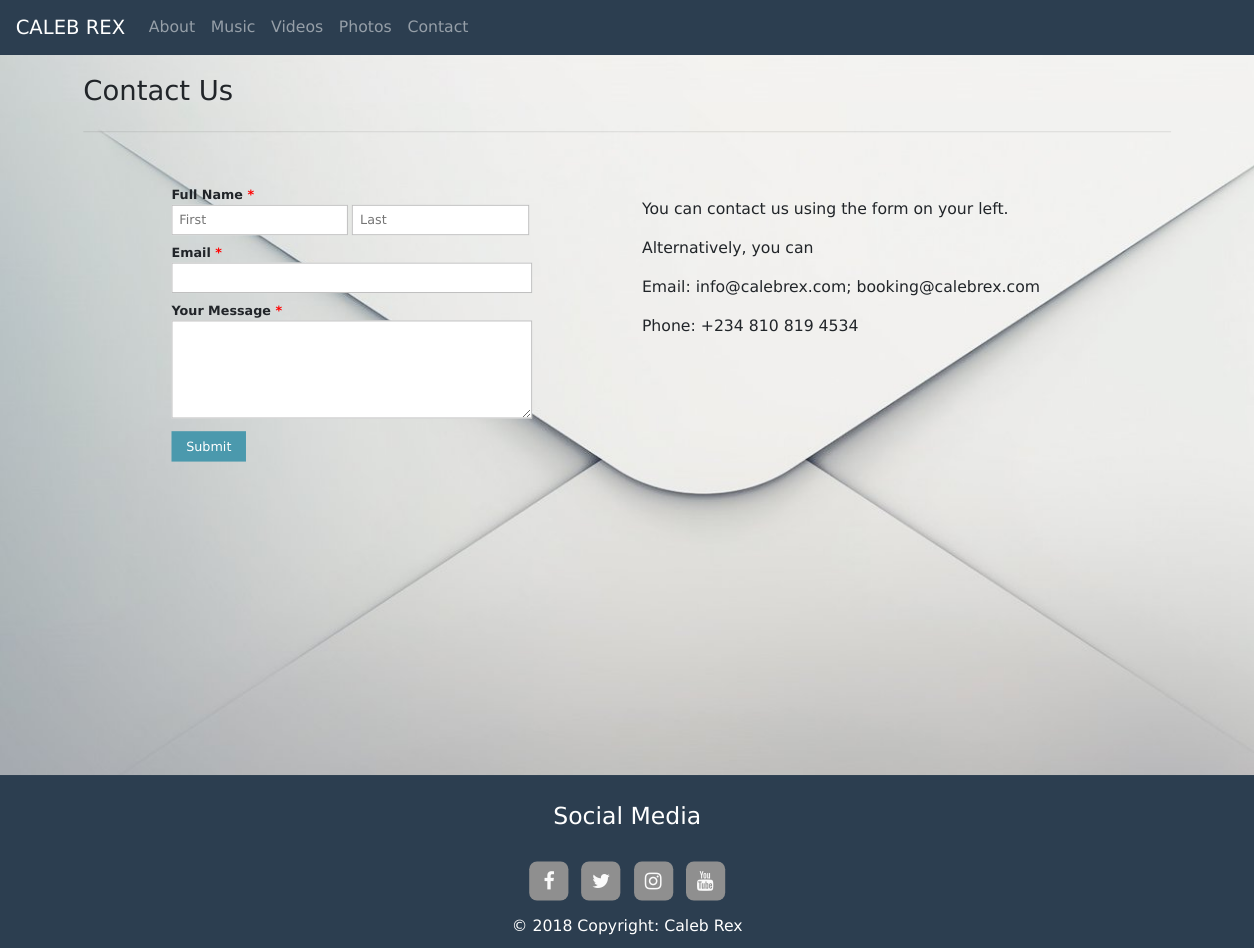
Repository: IchaTreasure/caleb-rex
Page: contact.html
The author's editor kept a record of every edit. The page is drawn from the files as they stood at one moment, then again after the next edit.
The browser window is 1280 px wide. The pictures show the whole page, at 98% of full size.
Some web libraries are served in a nearby version.

Above is the page before.

### contact.html
<!DOCTYPE html>
<html lang="en">

<head>
    <meta charset="UTF-8">
    <meta name="viewport" content="width=device-width, initial-scale=1.0">
    <meta http-equiv="X-UA-Compatible" content="ie=edge">
    <link rel="stylesheet" href="https://maxcdn.bootstrapcdn.com/bootstrap/4.1.3/css/bootstrap.min.css">
    <link rel="stylesheet" href="https://use.fontawesome.com/releases/v5.6.1/css/all.css" integrity="sha384-gfdkjb5BdAXd+lj+gudLWI+BXq4IuLW5IT+brZEZsLFm++aCMlF1V92rMkPaX4PP" crossorigin="anonymous">
    <link rel="stylesheet" href="https://stackpath.bootstrapcdn.com/bootstrap/4.3.1/css/bootstrap.min.css" type="text/css" />
    <link rel="stylesheet" href="https://stackpath.bootstrapcdn.com/font-awesome/4.7.0/css/font-awesome.min.css" type="text/css" />
    <link rel="stylesheet" href="https://cdnjs.cloudflare.com/ajax/libs/hover.css/2.3.1/css/hover-min.css" type="text/css" />
    <link href="https://fonts.googleapis.com/css?family=Roboto:400,700" rel="stylesheet">
    <link rel="stylesheet" href="css/style.css" type="text/css" />
    <title>Caleb Rex</title>
</head>

<body style="background-color: #2c3e50">
    <!-- ------------------------------------------------------------------------------------------------------Navigation Bar -->
    <nav class="navbar navbar-expand-md navbar-dark fixed-top" style="background-color: #2c3e50">
        <a class="navbar-brand" href="index.html">CALEB REX</a>
        <button class="navbar-toggler" type="button" data-toggle="collapse" data-target="#navbarsExampleDefault" aria-controls="navbarsExampleDefault" aria-expanded="false" aria-label="Toggle navigation">
    <span class="navbar-toggler-icon"></span>
  </button>

        <div class="collapse navbar-collapse" id="navbarsExampleDefault">
            <ul class="navbar-nav mr-auto">
                <li class="nav-item right" data-toggle="collapse" data-target=".navbar-collapse.show">
                    <a class="nav-link" href="about.html">About</a>
                </li>
                <li class="nav-item right" data-toggle="collapse" data-target=".navbar-collapse.show">
                    <a class="nav-link" href="music.html">Music</a>
                </li>
                <li class="nav-item right" data-toggle="collapse" data-target=".navbar-collapse.show">
                    <a class="nav-link" href="videos.html">Videos</a>
                </li>
                <li class="nav-item right" data-toggle="collapse" data-target=".navbar-collapse.show">
                    <a class="nav-link" href="photos.html">Photos</a>
                </li>
                <li class="nav-item right" data-toggle="collapse" data-target=".navbar-collapse.show">
                    <a class="nav-link" href="contact.html">Contact</a>
                </li>
            </ul>
        </div>
    </nav>

    <!-- contact section -->
    <section style="background-color: #D6D6D6; background-image: url('images/bg_contact.jpg'); Width: 100%;">
        <!-- Page Content -->
        <div class="container" Style="padding-top: 20px">
            <div class="row">
                <h3 style="padding-left: 15px">Contact Us</h3>
            </div>
            <hr>
            <div class="row">
                <div class="col-md-6">
                    <form action="mailto:treasureicha82@gmail.com" method="post" enctype="text/plain" style="padding-bottom: 300px;">
                        <ul class="form-style-1">
                            <li>
                                <label>Full Name <span class="required">*</span></label>
                                <input type="text" name="firstname" class="field-divided" placeholder="First" />
                                <input type="text" name="lastname" class="field-divided" placeholder="Last" />
                            </li>
                            <li>
                                <label>Email <span class="required">*</span></label>
                                <input type="email" name="email" class="field-long" />
                            </li>
                            <li>
                                <label>Your Message <span class="required">*</span></label>
                                <textarea name="message" id="message" class="field-long field-textarea"></textarea>
                            </li>
                            <li>
                                <input type="submit" value="Submit" />
                            </li>
                        </ul>
                    </form>
                </div>
                <div class="col-md-6" style="padding-top: 50px; padding-bottom: 300px;">
                    <p>
                        You can contact us using the form on your left.
                    </p>
                    <p>
                        Alternatively, you can
                    </p>
                    <p>
                        Email: info@calebrex.com; booking@calebrex.com
                    </p>
                    <p>
                        Phone: +234 810 819 4534
                    </p>
                </div>
            </div>
        </div>
    </section>

    <!-- Footer -->
    <footer class="py-1" style="background-color: #2c3e50; text-align: center;">
        <div class="container">
            <br>
            <h4 style="color: white;">Social Media</h4>
            <br>
            <ul class="list-inline social-links">
                <li class="list-inline-item">
                    <a target="_blank" href="https://www.facebook.com/caleb.rex.96"><i class = " fa fa-facebook" aria-hidden="true"></i><span class = "sr-only">Facebook</span></a>
                </li>
                <li class="list-inline-item">
                    <a target="_blank" href="https://twitter.com/calebrex01"><i class = " fa fa-twitter" aria-hidden="true"></i><span class = "sr-only">Twitter</span></a>
                </li>
                <li class="list-inline-item">
                    <a target="_blank" href="https://www.instagram.com/caleb.rex01/"><i class = " fa fa-instagram" aria-hidden="true"></i><span class = "sr-only">Instagram</span></a>
                </li>
                <li class="list-inline-item">
                    <a target="_blank" href="https://www.youtube.com/channel/UC_B7e65upco510Sio9dZJhg"><i class = " fa fa-youtube" aria-hidden="true"></i><span class = "sr-only">Youtube</span></a>
                </li>
            </ul>
        </div>
        <h6 style="text-align: center; color: white;">© 2018 Copyright: Caleb Rex</h6>
        <!-- /.container -->
    </footer>
    <!-- Bootstrap core JavaScript -->
    <script src="https://code.jquery.com/jquery-3.3.1.slim.min.js" integrity="sha384-q8i/X+965DzO0rT7abK41JStQIAqVgRVzpbzo5smXKp4YfRvH+8abtTE1Pi6jizo" crossorigin="anonymous"></script>
    <script src="https://cdnjs.cloudflare.com/ajax/libs/popper.js/1.14.7/umd/popper.min.js" integrity="sha384-UO2eT0CpHqdSJQ6hJty5KVphtPhzWj9WO1clHTMGa3JDZwrnQq4sF86dIHNDz0W1" crossorigin="anonymous"></script>
    <script src="https://stackpath.bootstrapcdn.com/bootstrap/4.3.1/js/bootstrap.min.js" integrity="sha384-JjSmVgyd0p3pXB1rRibZUAYoIIy6OrQ6VrjIEaFf/nJGzIxFDsf4x0xIM+B07jRM" crossorigin="anonymous"></script>
</body>

</html>

### css/style.css
/*---------------------------- css for body */
body {
  font-family: 'Lucida Grande', sans-serif;
  padding-top: 56px;
}

nav li a:hover {
  background: black;
}

nav a:hover {
  background: black;
}

/*----------------------------------------- Modal Styling */
.modal-body{
    color: #615650;
    text-align: center;
}

.modal-content{
    background-color: #dbc7bd;
    padding: 20px;
}

.img-hover:hover{
    cursor: pointer;
    opacity: 0.6;
    transition: all 0.35s ease-in-out;
    -moz-transition: all 0.35s ease-in-out;
    -webkit-transition: all 0.35s ease-in-out;
    -o-transition: all 0.35s ease-in-out;
}

/*---------------------------- css for contact form*/
.form-style-1 {
	margin:10px auto;
	max-width: 400px;
	padding: 20px 12px 10px 20px;
	font: 13px "Lucida Sans Unicode", "Lucida Grande", sans-serif;
}
.form-style-1 li {
	padding: 0;
	display: block;
	list-style: none;
	margin: 10px 0 0 0;
}
.form-style-1 label{
	margin:0 0 3px 0;
	padding:0px;
	display:block;
	font-weight: bold;
}
.form-style-1 input[type=text],
.form-style-1 input[type=date],
.form-style-1 input[type=datetime],
.form-style-1 input[type=number],
.form-style-1 input[type=search],
.form-style-1 input[type=time],
.form-style-1 input[type=url],
.form-style-1 input[type=email],
textarea,
select{
	box-sizing: border-box;
	-webkit-box-sizing: border-box;
	-moz-box-sizing: border-box;
	border:1px solid #BEBEBE;
	padding: 7px;
	margin:0px;
	-webkit-transition: all 0.30s ease-in-out;
	-moz-transition: all 0.30s ease-in-out;
	-ms-transition: all 0.30s ease-in-out;
	-o-transition: all 0.30s ease-in-out;
	outline: none;
}

.form-style-1 input[type=text]:focus,
.form-style-1 input[type=date]:focus,
.form-style-1 input[type=datetime]:focus,
.form-style-1 input[type=number]:focus,
.form-style-1 input[type=search]:focus,
.form-style-1 input[type=time]:focus,
.form-style-1 input[type=url]:focus,
.form-style-1 input[type=email]:focus,
.form-style-1 textarea:focus,
.form-style-1 select:focus{
	-moz-box-shadow: 0 0 8px #88D5E9;
	-webkit-box-shadow: 0 0 8px #88D5E9;
	box-shadow: 0 0 8px #88D5E9;
	border: 1px solid #88D5E9;
}

.form-style-1 .field-divided{
	width: 49%;
}

.form-style-1 .field-long{
	width: 100%;
}
.form-style-1 .field-select{
	width: 100%;
}
.form-style-1 .field-textarea{
	height: 100px;
}
.form-style-1 input[type=submit], .form-style-1 input[type=button]{
	background: #4B99AD;
	padding: 8px 15px 8px 15px;
	border: none;
	color: #fff;
}

.form-style-1 input[type=submit]:hover, .form-style-1 input[type=button]:hover{
	background: #4691A4;
	box-shadow:none;
	-moz-box-shadow:none;
	-webkit-box-shadow:none;
}

.form-style-1 .required{
	color:red;
}

/*---------------------------- css for footer*/
footer {
  background-color: #7D0D11;
  color: black;
}

.social-links li a i {
  width: 40px;
  height: 40px;
  padding: 10px;
  border-radius: 20%;
  font-size: 20px;
  line-height: 20px;
  text-align: center;
  color: #fafafa;
  background: #8f8f8f;
  transition: all 0.35s ease-in-out;
  -moz-transition: all 0.35s ease-in-out;
  -webkit-transition: all 0.35s ease-in-out;
  -o-transition: all 0.35s ease-in-out;
}

.social-links li a i:hover {
  background: black;
}

After the next edit:
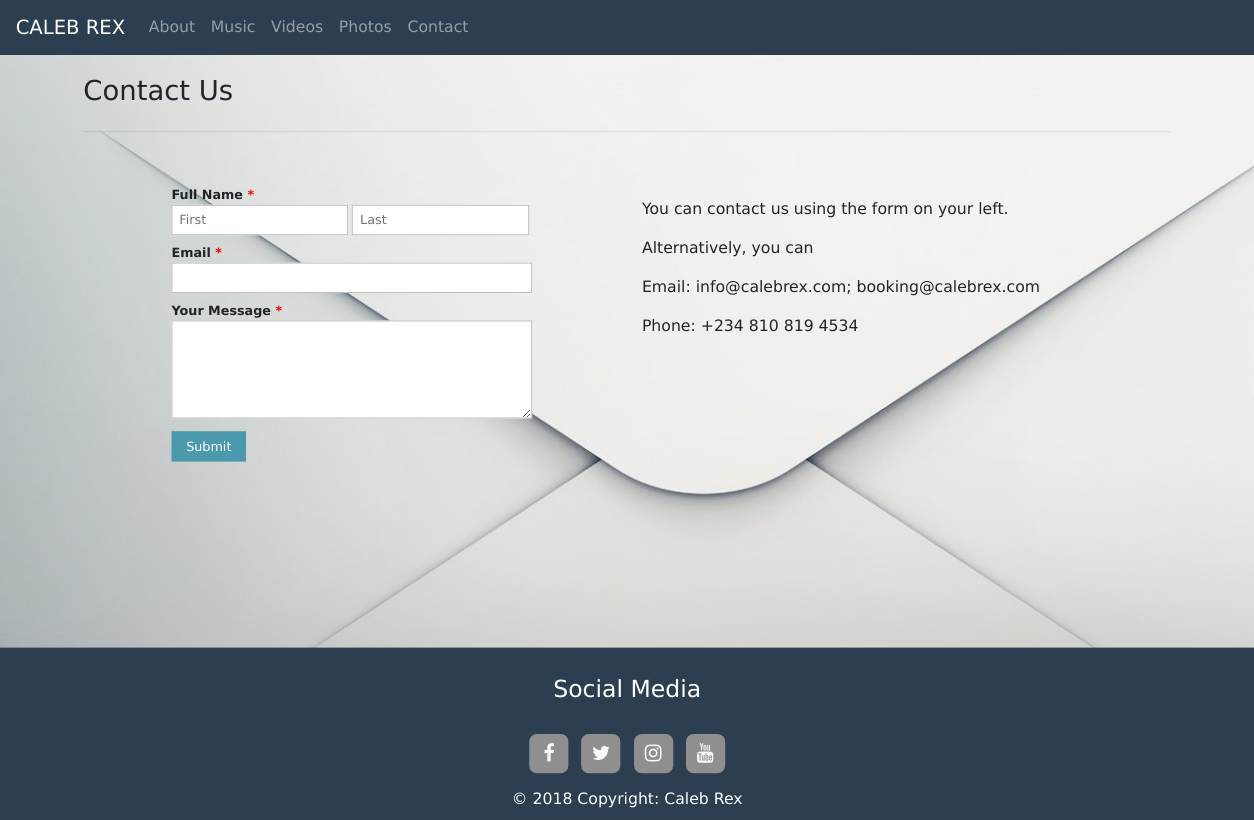
The edit:
--- a/contact.html
+++ b/contact.html
@@ -54,7 +54,7 @@
             <hr>
             <div class="row">
                 <div class="col-md-6">
-                    <form action="mailto:treasureicha82@gmail.com" method="post" enctype="text/plain" style="padding-bottom: 300px;">
+                    <form action="mailto:treasureicha82@gmail.com" method="post" enctype="text/plain">
                         <ul class="form-style-1">
                             <li>
                                 <label>Full Name <span class="required">*</span></label>
